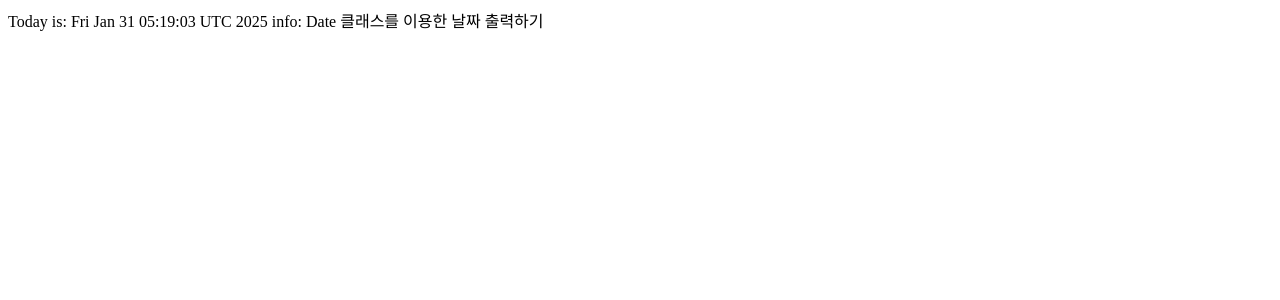
Repository: SJM7301/KH-JSP
Page: http://localhost/JSPBook/ch03/page_info.jsp
These files come from the project's save history. The page is drawn as it stood at one moment and after the next save; the edit follows.
The browser window is 1280 px wide. The pictures show the whole page.
The page is served by Tomcat 10.

Above is the page before, as saved 2025-01-31 08:35:04.

After the next save:
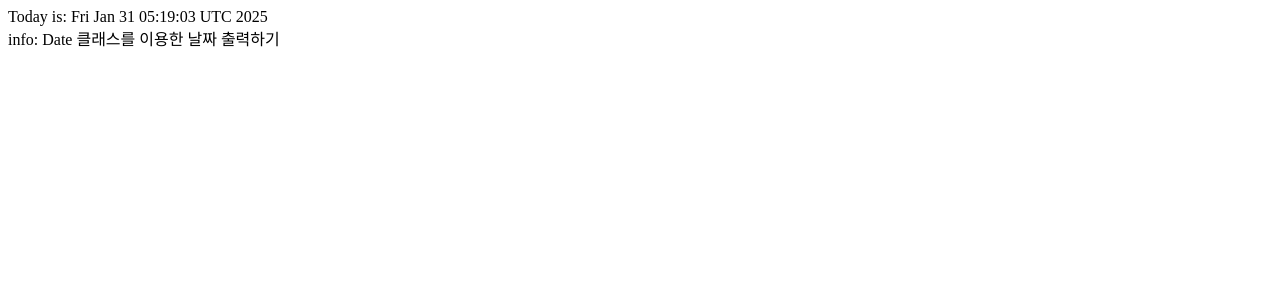
Saved 20 s later.
--- a/JSPBook/src/main/webapp/ch03/page_info.jsp
+++ b/JSPBook/src/main/webapp/ch03/page_info.jsp
@@ -8,7 +8,7 @@
 </head>
 <body>
 	<%@ page info="Date 클래스를 이용한 날짜 출력하기" %>
-	Today is: <%=new java.util.Date() %>
+	Today is: <%=new java.util.Date() %> <br>
 	info: <%=getServletInfo() %>
 </body>
 </html>
